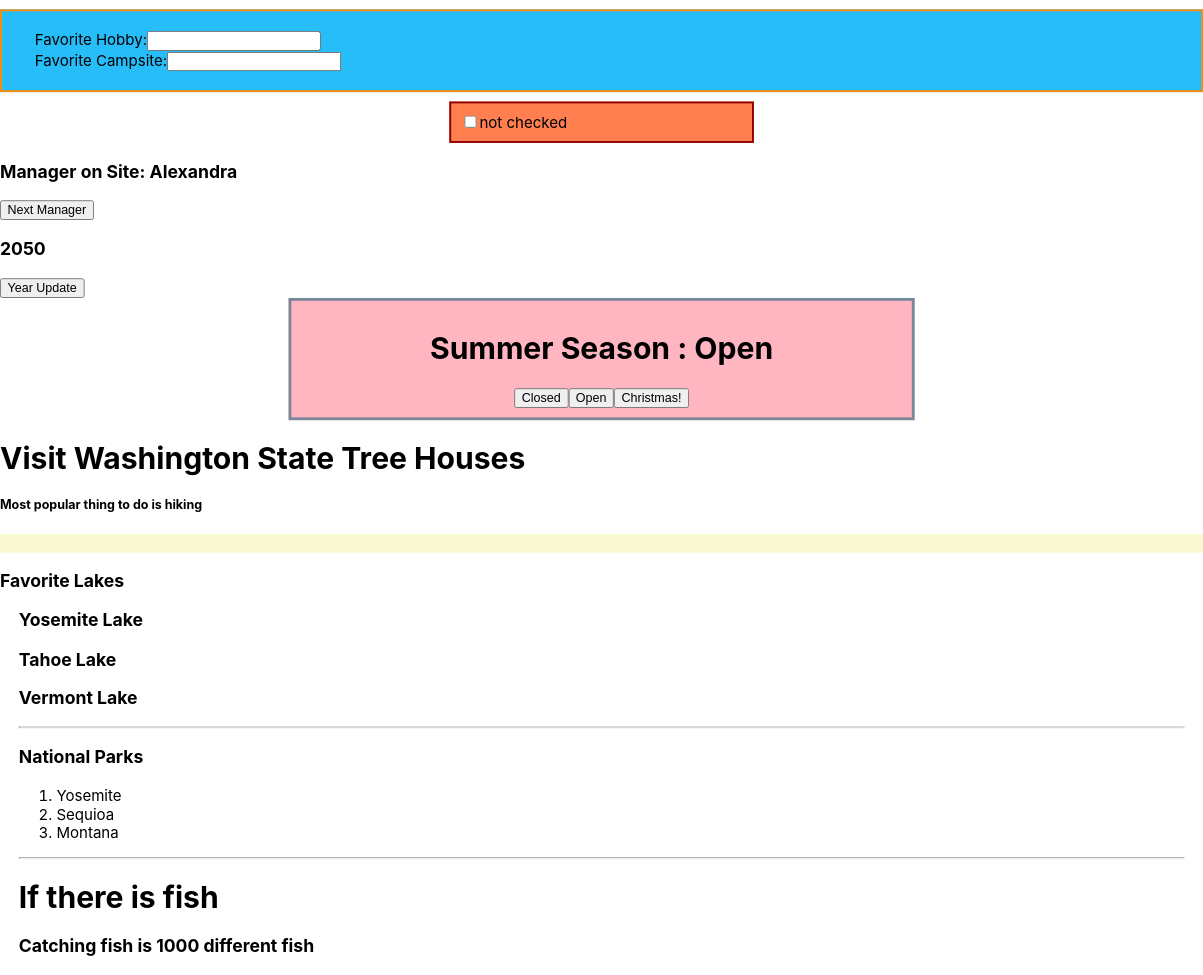
Repository: CaptainStorm21/intro-react-hooks
Page: /
These files come from the project's save history. The page is drawn as it stood at one moment and after the next save; the edit follows.
The browser window is 1280 px wide. The pictures show the whole page, at 94% of full size.
The project was rebuilt for these pictures with package versions that can differ from the ones it lists, and the page was loaded fresh each time.

Above is the page before, as saved 2020-05-28 20:03:46.

### src/index.js
import React from "react";
import ReactDOM from "react-dom";
import "./index.css";
import Fragment from "./Fragment"
import UseEffect from "./UseEffect";
import Github from './Github';

const nationalParkList = ["Yosemite", "Sequioa", "Montana"];
const campingList = [
  {
    id: 0,
    name: "Mulberry Camp",
    location: " South Montana",
  },
  {
    id: 1,
    name: "Volga Camp",
    location: "Oregon",
  },
  {
    id: 2,
    name: "Captain Camp",
    location: "East Montana",
  },
  {
    id: 3,
    name: "Blue Dunes Camp",
    location: "South Montana",
  },
];

function Lake({ name }) {
  return <h3>{name}</h3>;
}

function Fishing({ abundant }) {
  return (
    < div >
      <h3> Catching fish is {abundant}</h3>
    </div >
  )
}

function Icehole ({ icefishing }) {
  return (
    < div >
      <h3> Winter Fish is {icefishing}</h3>
    </div >
  )
}

function MontanaFall() {
  return (
    <div>
      <h3>Come see Montana!</h3>
      <hr></hr>
      <div className="campstyle">
        {campingList.map((camp) => (
          <div key={camp.id}>
            <h4>{camp.name}</h4>
            <p>Location:{camp.location}</p>
          </div>
        ))}
      </div>
    </div>
  );
}

function SkiResort({thingstodo}) {
  return (
    <div>
      <h1>Visit Washington State Tree Houses</h1>
      <h5>Most popular thing to do is {thingstodo}</h5>
      <div className = "github">
        <Github/>
      </div>
    </div>
  );
}
function App(props) {

  if (props.season === "fall") {
    return <MontanaFall />;
  } else if (props.season === "summer"){
    return (
      <div>
        <UseEffect />
        <Fragment />

        <SkiResort  thingstodo="hiking"/>
        <h3>Favorite Lakes</h3>
        <div className="lakestyle">
          <Lake name="Yosemite Lake" />
          <Lake name="Tahoe Lake" />
          <Lake name="Vermont Lake" />
          <hr></hr>
          <h3>National Parks</h3>
          <ol>
            {props.parks.map((park) => (
              <li>{park}</li>
            ))}
          </ol>
          <hr></hr>
          <h1>If there is fish</h1>
          <div>
            {props.season === "summer" ? (
              <Fishing abundant="1000 different fish" />
            ) : props.season === "winter" ? (
              <Icehole icefishing="A lot of pikes" />
            ) : (<h1>Wanna stay home?</h1>)}
            </div>
        </div>
      </div>
    );
  }
}

// function Hello({ library, message, books }) {
//   return (
//     <div>
//       <h1>Hello {library}</h1>
//       <h4>books avail to rent {books}</h4>
//       <h5>Hours: {message}</h5>
//     </div>
//   )
// }

// function Hello(props) {
//   console.log(props);
//   console.log(Object.keys(props));
//   return (
//     <div>
//       <h1>Hello from {props.library}</h1>
//       <h3>{props.message}</h3>
//       <h4> books available to rent - {props.books}</h4>
//       <h5>Props used - {Object.keys(props).length}</h5>
//     </div>
//   )
// }

// function Hello() {
//   return (
//     <div>
//       <p> rendering is happening </p>
//       <h1>Hello world!</h1>
//     </div>
//   )
// }
ReactDOM.render(
  //  React.createElement("h1", null, "Hello"),
  // React.createElement("h1", { style: { color: "red" } }, "Hello"),
  // React.createElement("div", { style: { color: "blue" } },
  // React.createElement("h1", null, "Morning")  ),
  // <ul>
  //   <li>Pizza</li>
  //   <li>Sushi</li>
  // </ul>,
  // /* <Hello></Hello>, */
  // <Hello library="Washington Library" message="Open for all " books={10}/>,
  <App parks={nationalParkList} season="summer" />,
  document.getElementById("root")
);

### src/index.css
body {
  margin: 0;
  font-family: -apple-system, BlinkMacSystemFont, 'Segoe UI', 'Roboto', 'Oxygen',
    'Ubuntu', 'Cantarell', 'Fira Sans', 'Droid Sans', 'Helvetica Neue',
    sans-serif;
  -webkit-font-smoothing: antialiased;
  -moz-osx-font-smoothing: grayscale;
}

code {
  font-family: source-code-pro, Menlo, Monaco, Consolas, 'Courier New',
    monospace;
}

.lakestyle, .campstyle {
  padding-left: 20px;
  padding-right: 20px;
}

.div-style{
  padding: 10px;
  border: 3px solid lightslategray;
  width: 50%;
  margin: 0 auto;
  background-color: lightpink;
  text-align: center;
}

label{
  padding-left: 15px;
  padding-right: 15px;
}
.blue-div{
  background-color: rgb(39, 189, 248);
  margin: 0 auto;
  padding: 20px;
  border: 2px solid darkorange;
  margin-top: 10px;
  margin-bottom: 10px;

}

.checkbox-div{
  background-color: coral;
  padding: 10px;
  width: 300px;
  border: 2px solid darkred;
  margin: 0 auto;
}

### src/Fragment.js
import React, { useState } from "react";
import "./App.css";
import Checkbox from './Checkbox'

// const [first, second, third, fouth] = ["Mary", "Katy", "Ludwig", "Stephen"];

// function Kids() {
//   return <h1>Children at play!</h1>;
// }

// function Kayak() {
//   return (
//     <div>
//       <h2> Kayaking going on </h2>
//     </div>
//   );
// }

function Fragment() {
    const [year, setYear] = useState(2050)
    const [manager, setManager] = useState('Alexandra')
    const [status, setStatus] = useState("Open");
  return (
      <>
          <div className = "checkbox-div">
              <Checkbox/>
          </div>
      <div>
        <h3>Manager on Site: {manager}</h3>
        <button onClick={() => setManager("Mary Anne")}>Next Manager</button>
      </div>
      <div>
        <h3>{year}</h3>
        <button onClick={() => setYear(year+1)}>Year Update</button>
      </div>
      <div className="div-style">
        <h1>Summer Season : {status}</h1>
        <button onClick={() => setStatus("Closed")}>Closed</button>
        <button onClick={() => setStatus("Open")}>Open</button>
        <button onClick={() => setStatus("Gone to Santa's!")}>
          Christmas!
        </button>
      </div>
    </>
  );
}



// function Fragment() {
//   return (
//     <>
//       <div className="div-style">
//         <Kayak />
//         <Kids />
//       </div>
//     </>
//   );
// }

export default Fragment;

### src/UseEffect.js
import React, { useState, useEffect } from 'react'

export default function UseEffect() {
    const [val, setVal] = useState("");
        const [val2, setVal2] = useState("");

    useEffect(() => {
        console.log(`field 1 : ${val}`)
    }, [val])

        useEffect(() => {
        console.log(`field 2 : ${val2}`)
    }, [val, val2])



    return (
      <div className="blue-div">
        <label>
          Favorite Hobby:
          <input value={val} onChange={(e) => setVal(e.target.value)} />
        </label>
        <br />
        <label>
          Favorite Campsite:
          <input value={val2} onChange={(e) => setVal2(e.target.value)} />
        </label>
      </div>
    );
}

### src/Github.js
import React, { useState, useEffect } from "react";

export default function Github() {
    return (
        <div>

        </div>
    )
}

### src/App.css
.App {
  text-align: center;
}

.App-logo {
  height: 40vmin;
  pointer-events: none;
}

@media (prefers-reduced-motion: no-preference) {
  .App-logo {
    animation: App-logo-spin infinite 20s linear;
  }
}

.App-header {
  background-color: #282c34;
  min-height: 100vh;
  display: flex;
  flex-direction: column;
  align-items: center;
  justify-content: center;
  font-size: calc(10px + 2vmin);
  color: white;
}

.App-link {
  color: #61dafb;
}

@keyframes App-logo-spin {
  from {
    transform: rotate(0deg);
  }
  to {
    transform: rotate(360deg);
  }
}

.github{
  background-color: lightgoldenrodyellow;
  padding: 10px;
  width
}

### src/Checkbox.js
import React, { useState, useEffect } from "react";

export default function Checkbox() {
    const [checked, setChecked] = useState(false);
    useEffect(() => {
        alert(` checked: ${checked.toString()}`);
    });
    return (
    <>
            <input type="checkbox"
                value={checked}
                onChange={ () => setChecked (checked => !checked )  } />
            {checked ? "checked" : "not checked"}
    </>
  )
}

Loaded but not shown: public/index.html (common file)

After the next save:
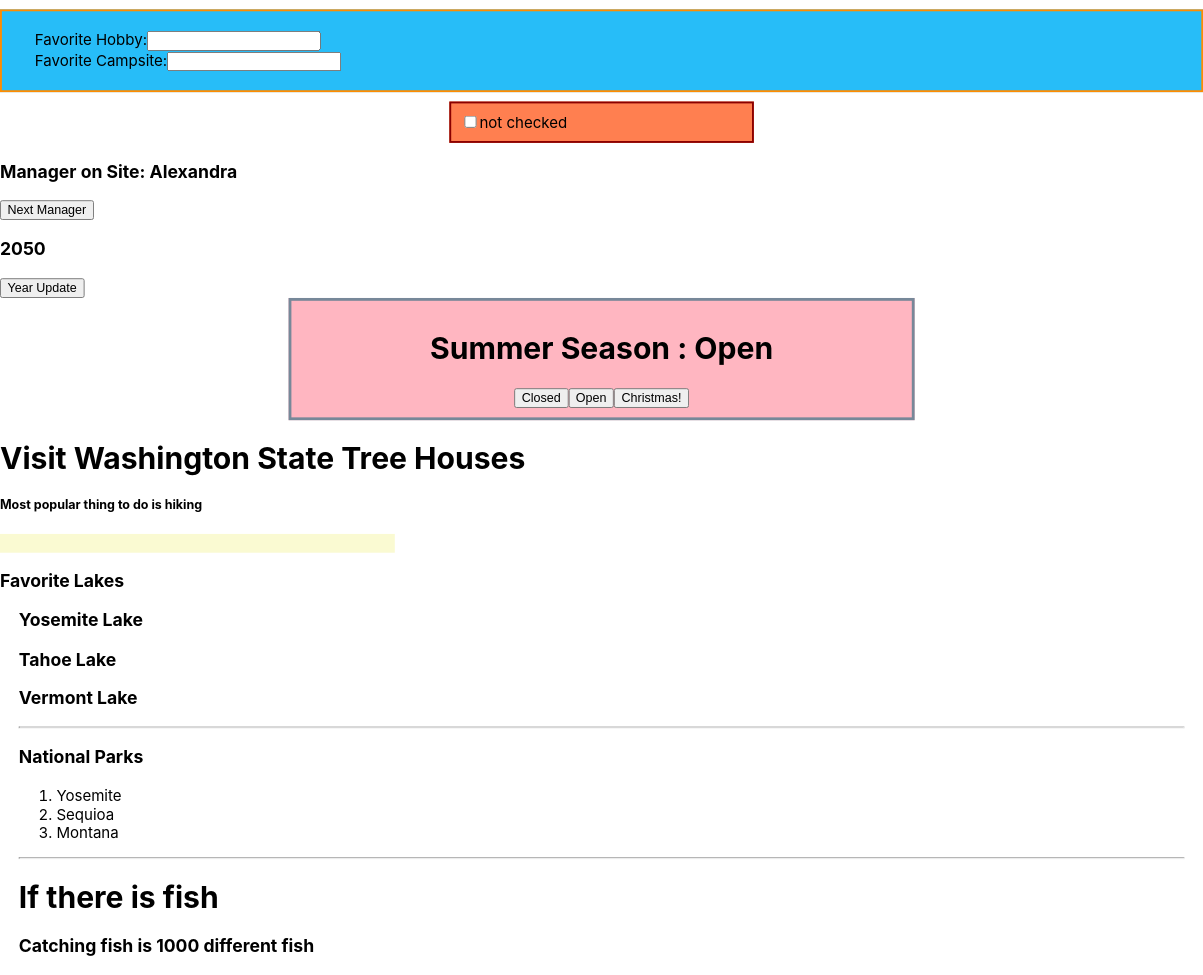
Saved 4 s later.
--- a/src/App.css
+++ b/src/App.css
@@ -40,5 +40,6 @@
 .github{
   background-color: lightgoldenrodyellow;
   padding: 10px;
-  width
+  width: 400px;
+
 }
